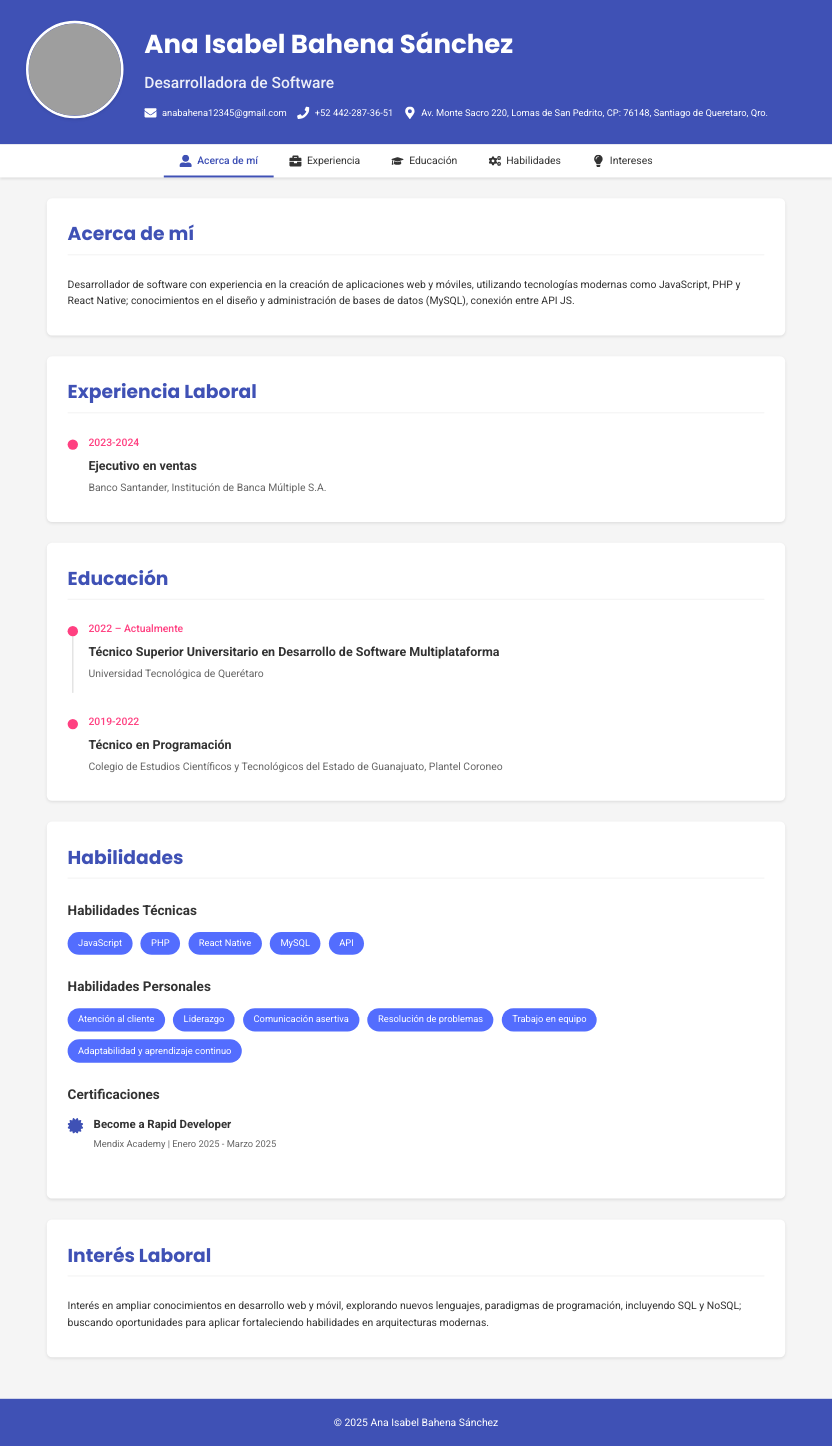
Repository: Ana-Bahena/CV_ANA_ISABEL_BAHENA_SANCHEZ
Page: /
These files come from the project's save history. The page is drawn as it stood at one moment and after a run of saves; the edit follows.
The browser window is 1280 px wide. The pictures show the whole page, at 65% of full size.
Pictures or frames that could not be fetched are drawn as grey boxes. The project was rebuilt for these pictures with package versions that can differ from the ones it lists, and the page was loaded fresh each time.

Above is the page before, as saved 2025-04-21 13:14:02.

### src/App.js
import React, { useState } from 'react';
import './App.css';
import { FaEnvelope, FaPhone, FaMapMarkerAlt, FaGithub, FaLinkedin, FaUserAlt, FaBriefcase, FaGraduationCap, FaCogs, FaLightbulb, FaCertificate } from 'react-icons/fa';

function App() {
  const [activeSection, setActiveSection] = useState('about');

  const handleNavClick = (section) => {
    setActiveSection(section);
    document.getElementById(section).scrollIntoView({ behavior: 'smooth' });
  };

  return (
    <div className="App">
      <header className="header">
        <div className="profile-container">
          <div className="profile-image">
            {/*  */}
            <img src="/profile-placeholder.jpg" alt="Ana Isabel Bahena Sánchez" />
          </div>
          <div className="profile-info">
            <h1>Ana Isabel Bahena Sánchez</h1>
            <h2>Desarrolladora de Software</h2>
            <div className="contact-info">
              <a href="mailto:anabahena12345@gmail.com" className="contact-item">
                <FaEnvelope className="icon" />
                <span>anabahena12345@gmail.com</span>
              </a>
              <a href="tel:+524422873651" className="contact-item">
                <FaPhone className="icon" />
                <span>+52 442-287-36-51</span>
              </a>
              <div className="contact-item">
                <FaMapMarkerAlt className="icon" />
                <span>Av. Monte Sacro 220, Lomas de San Pedrito, CP: 76148, Santiago de Queretaro, Qro.</span>
              </div>
            </div>
          </div>
        </div>
      </header>

      <nav className="navbar">
        <ul>
          <li className={activeSection === 'about' ? 'active' : ''}>
            <button onClick={() => handleNavClick('about')}>
              <FaUserAlt className="nav-icon" />
              <span>Acerca de mí</span>
            </button>
          </li>
          <li className={activeSection === 'experience' ? 'active' : ''}>
            <button onClick={() => handleNavClick('experience')}>
              <FaBriefcase className="nav-icon" />
              <span>Experiencia</span>
            </button>
          </li>
          <li className={activeSection === 'education' ? 'active' : ''}>
            <button onClick={() => handleNavClick('education')}>
              <FaGraduationCap className="nav-icon" />
              <span>Educación</span>
            </button>
          </li>
          <li className={activeSection === 'skills' ? 'active' : ''}>
            <button onClick={() => handleNavClick('skills')}>
              <FaCogs className="nav-icon" />
              <span>Habilidades</span>
            </button>
          </li>
          <li className={activeSection === 'interests' ? 'active' : ''}>
            <button onClick={() => handleNavClick('interests')}>
              <FaLightbulb className="nav-icon" />
              <span>Intereses</span>
            </button>
          </li>
        </ul>
      </nav>

      <main>
        <section id="about" className="section">
          <h2>Acerca de mí</h2>
          <div className="content">
            <p>
              Desarrollador de software con experiencia en la creación de aplicaciones web y móviles,
              utilizando tecnologías modernas como JavaScript, PHP y React Native; conocimientos en el
              diseño y administración de bases de datos (MySQL), conexión entre API JS.
            </p>
          </div>
        </section>

        <section id="experience" className="section">
          <h2>Experiencia Laboral</h2>
          <div className="content">
            <div className="timeline-item">
              <div className="timeline-dot"></div>
              <div className="timeline-date">2023-2024</div>
              <div className="timeline-content">
                <h3>Ejecutivo en ventas</h3>
                <h4>Banco Santander, Institución de Banca Múltiple S.A.</h4>
              </div>
            </div>
          </div>
        </section>

        <section id="education" className="section">
          <h2>Educación</h2>
          <div className="content">
            <div className="timeline-item">
              <div className="timeline-dot"></div>
              <div className="timeline-date">2022 – Actualmente</div>
              <div className="timeline-content">
                <h3>Técnico Superior Universitario en Desarrollo de Software Multiplataforma</h3>
                <h4>Universidad Tecnológica de Querétaro</h4>
              </div>
            </div>
            <div className="timeline-item">
              <div className="timeline-dot"></div>
              <div className="timeline-date">2019-2022</div>
              <div className="timeline-content">
                <h3>Técnico en Programación</h3>
                <h4>Colegio de Estudios Científicos y Tecnológicos del Estado de Guanajuato, Plantel Coroneo</h4>
              </div>
            </div>
          </div>
        </section>

        <section id="skills" className="section">
          <h2>Habilidades</h2>
          <div className="content">
            <div className="skills-group">
              <h3>Habilidades Técnicas</h3>
              <div className="skill-tags">
                <span className="skill-tag">JavaScript</span>
                <span className="skill-tag">PHP</span>
                <span className="skill-tag">React Native</span>
                <span className="skill-tag">MySQL</span>
                <span className="skill-tag">API</span>
              </div>
            </div>
            <div className="skills-group">
              <h3>Habilidades Personales</h3>
              <div className="skill-tags">
                <span className="skill-tag">Atención al cliente</span>
                <span className="skill-tag">Liderazgo</span>
                <span className="skill-tag">Comunicación asertiva</span>
                <span className="skill-tag">Resolución de problemas</span>
                <span className="skill-tag">Trabajo en equipo</span>
                <span className="skill-tag">Adaptabilidad y aprendizaje continuo</span>
              </div>
            </div>
            <div className="skills-group">
              <h3>Certificaciones</h3>
              <div className="certification-item">
                <FaCertificate className="cert-icon" />
                <div>
                  <h4>Become a Rapid Developer</h4>
                  <p>Mendix Academy | Enero 2025 - Marzo 2025</p>
                </div>
              </div>
            </div>
          </div>
        </section>

        <section id="interests" className="section">
          <h2>Interés Laboral</h2>
          <div className="content">
            <p>
              Interés en ampliar conocimientos en desarrollo web y móvil, explorando nuevos lenguajes,
              paradigmas de programación, incluyendo SQL y NoSQL; buscando oportunidades para
              aplicar fortaleciendo habilidades en arquitecturas modernas.
            </p>
          </div>
        </section>
      </main>

      <footer>
        <p>© {new Date().getFullYear()} Ana Isabel Bahena Sánchez</p>
      </footer>
    </div>
  );
}

export default App;

### src/App.css
/* App.css */
@import url('https://fonts.googleapis.com/css2?family=Roboto:wght@300;400;500;700&family=Poppins:wght@400;500;600;700&display=swap');

:root {
  --primary-color: #3f51b5;
  --secondary-color: #536dfe;
  --accent-color: #ff4081;
  --text-color: #333;
  --text-light: #666;
  --light-bg: #f5f5f5;
  --white: #ffffff;
  --timeline-dot: #ff4081;
  --timeline-line: #e0e0e0;
  --shadow-color: rgba(0, 0, 0, 0.1);
  --card-shadow: 0 2px 5px var(--shadow-color);
  --transition: all 0.3s ease;
}

* {
  margin: 0;
  padding: 0;
  box-sizing: border-box;
}

body {
  font-family: 'Roboto', sans-serif;
  color: var(--text-color);
  background-color: var(--light-bg);
  line-height: 1.6;
}

.App {
  display: flex;
  flex-direction: column;
  min-height: 100vh;
}

/* Header Section */
.header {
  background-color: var(--primary-color);
  color: var(--white);
  padding: 2rem;
  box-shadow: 0 2px 4px var(--shadow-color);
}

.profile-container {
  max-width: 1200px;
  margin: 0 auto;
  display: flex;
  align-items: center;
  gap: 2rem;
}

.profile-image {
  flex-shrink: 0;
}

.profile-image img {
  width: 150px;
  height: 150px;
  border-radius: 50%;
  border: 4px solid var(--white);
  object-fit: cover;
  box-shadow: var(--card-shadow);
}

.profile-info {
  flex-grow: 1;
}

.profile-info h1 {
  font-family: 'Poppins', sans-serif;
  font-size: 2.5rem;
  margin-bottom: 0.5rem;
  font-weight: 700;
}

.profile-info h2 {
  font-size: 1.5rem;
  font-weight: 500;
  color: rgba(255, 255, 255, 0.9);
  margin-bottom: 1rem;
}

.contact-info {
  display: flex;
  flex-wrap: wrap;
  gap: 1rem;
  margin-top: 1rem;
}

.contact-item {
  display: flex;
  align-items: center;
  gap: 0.5rem;
  color: var(--white);
  text-decoration: none;
  font-size: 0.9rem;
  transition: var(--transition);
}

.contact-item:hover {
  color: var(--accent-color);
}

.icon {
  font-size: 1.2rem;
}

/* Navigation */
.navbar {
  background-color: var(--white);
  box-shadow: 0 2px 4px var(--shadow-color);
  position: sticky;
  top: 0;
  z-index: 100;
}

.navbar ul {
  max-width: 1200px;
  margin: 0 auto;
  list-style-type: none;
  display: flex;
  justify-content: center;
  flex-wrap: wrap;
}

.navbar li {
  margin: 0;
}

.navbar button {
  display: flex;
  align-items: center;
  gap: 0.5rem;
  padding: 1rem 1.5rem;
  background: none;
  border: none;
  font-family: 'Roboto', sans-serif;
  font-size: 1rem;
  color: var(--text-color);
  cursor: pointer;
  transition: var(--transition);
  position: relative;
}

.navbar button:hover {
  color: var(--primary-color);
}

.navbar li.active button {
  color: var(--primary-color);
  font-weight: 500;
}

.navbar li.active button::after {
  content: '';
  position: absolute;
  bottom: 0;
  left: 0;
  width: 100%;
  height: 3px;
  background-color: var(--primary-color);
}

.nav-icon {
  font-size: 1.2rem;
}

/* Main content */
main {
  flex-grow: 1;
  max-width: 1200px;
  margin: 0 auto;
  padding: 2rem;
}

.section {
  background-color: var(--white);
  border-radius: 8px;
  box-shadow: var(--card-shadow);
  padding: 2rem;
  margin-bottom: 2rem;
}

.section h2 {
  font-family: 'Poppins', sans-serif;
  font-size: 1.8rem;
  color: var(--primary-color);
  margin-bottom: 1.5rem;
  padding-bottom: 0.5rem;
  border-bottom: 2px solid var(--light-bg);
}

.content {
  padding: 0.5rem 0;
}

/* Timeline Items */
.timeline-item {
  position: relative;
  padding-left: 2rem;
  margin-bottom: 2rem;
  padding-bottom: 1rem;
}

.timeline-item:last-child {
  margin-bottom: 0;
  padding-bottom: 0;
}

.timeline-item::before {
  content: '';
  position: absolute;
  left: 7px;
  top: 10px;
  bottom: 0;
  width: 2px;
  background-color: var(--timeline-line);
}

.timeline-item:last-child::before {
  height: 0;
}

.timeline-dot {
  position: absolute;
  left: 0;
  top: 8px;
  width: 16px;
  height: 16px;
  border-radius: 50%;
  background-color: var(--timeline-dot);
  z-index: 1;
}

.timeline-date {
  font-weight: 500;
  color: var(--accent-color);
  margin-bottom: 0.5rem;
}

.timeline-content h3 {
  font-size: 1.2rem;
  margin-bottom: 0.3rem;
  color: var(--text-color);
}

.timeline-content h4 {
  font-size: 1rem;
  font-weight: normal;
  color: var(--text-light);
}

/* Skills Section */
.skills-group {
  margin-bottom: 2rem;
}

.skills-group h3 {
  font-size: 1.3rem;
  color: var(--text-color);
  margin-bottom: 1rem;
}

.skill-tags {
  display: flex;
  flex-wrap: wrap;
  gap: 0.8rem;
}

.skill-tag {
  background-color: var(--secondary-color);
  color: var(--white);
  padding: 0.4rem 1rem;
  border-radius: 20px;
  font-size: 0.9rem;
  transition: var(--transition);
}

.skill-tag:hover {
  background-color: var(--primary-color);
  transform: translateY(-2px);
}

/* Certification */
.certification-item {
  display: flex;
  align-items: flex-start;
  gap: 1rem;
  margin-bottom: 1rem;
}

.cert-icon {
  color: var(--primary-color);
  font-size: 1.5rem;
  margin-top: 0.2rem;
}

.certification-item h4 {
  font-size: 1.1rem;
  margin-bottom: 0.3rem;
}

.certification-item p {
  color: var(--text-light);
  font-size: 0.9rem;
}

/* Footer */
footer {
  background-color: var(--primary-color);
  color: var(--white);
  text-align: center;
  padding: 1.5rem;
  margin-top: auto;
}

/* Responsive Styles */
@media (max-width: 768px) {
  .profile-container {
    flex-direction: column;
    text-align: center;
  }

  .contact-info {
    justify-content: center;
  }

  .navbar ul {
    flex-direction: column;
    align-items: center;
  }

  .navbar li {
    width: 100%;
    text-align: center;
  }

  .navbar button {
    width: 100%;
    justify-content: center;
  }

  .section {
    padding: 1.5rem;
  }
}

@media (max-width: 480px) {
  .profile-info h1 {
    font-size: 2rem;
  }

  .profile-info h2 {
    font-size: 1.2rem;
  }

  .section h2 {
    font-size: 1.5rem;
  }
}

Loaded but not shown: public/index.html (common file); src/index.js (common file); src/index.css (common file); src/reportWebVitals.js (common file)

After the next 2 saves:
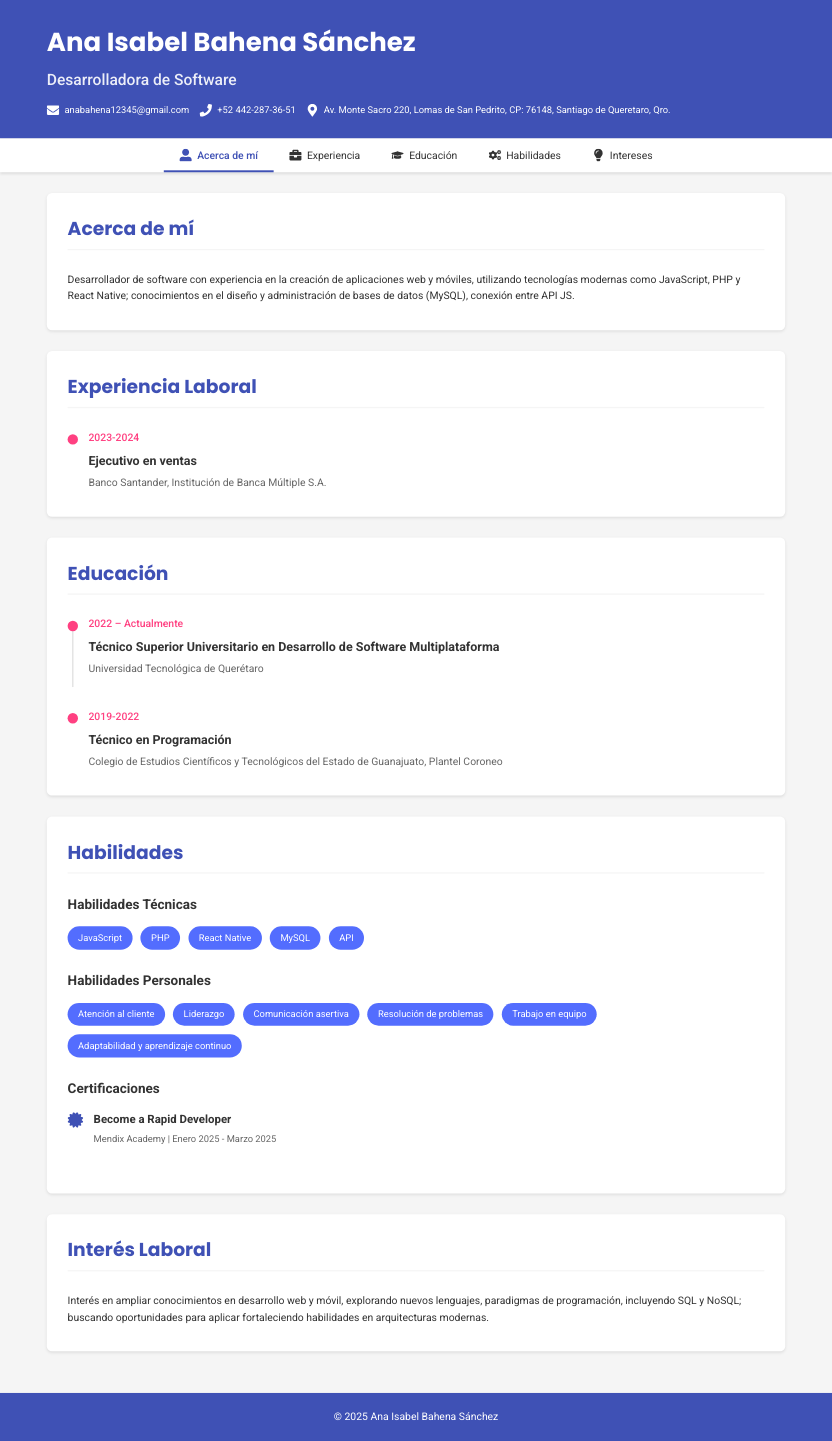
The 2 saves are shown as one change because they came seconds apart.
The last was saved 10 s later.
--- a/src/App.js
+++ b/src/App.js
@@ -15,8 +15,9 @@ function App() {
       <header className="header">
         <div className="profile-container">
           <div className="profile-image">
-            {/*  */}
+            {/*
             <img src="/profile-placeholder.jpg" alt="Ana Isabel Bahena Sánchez" />
+             */}
           </div>
           <div className="profile-info">
             <h1>Ana Isabel Bahena Sánchez</h1>
